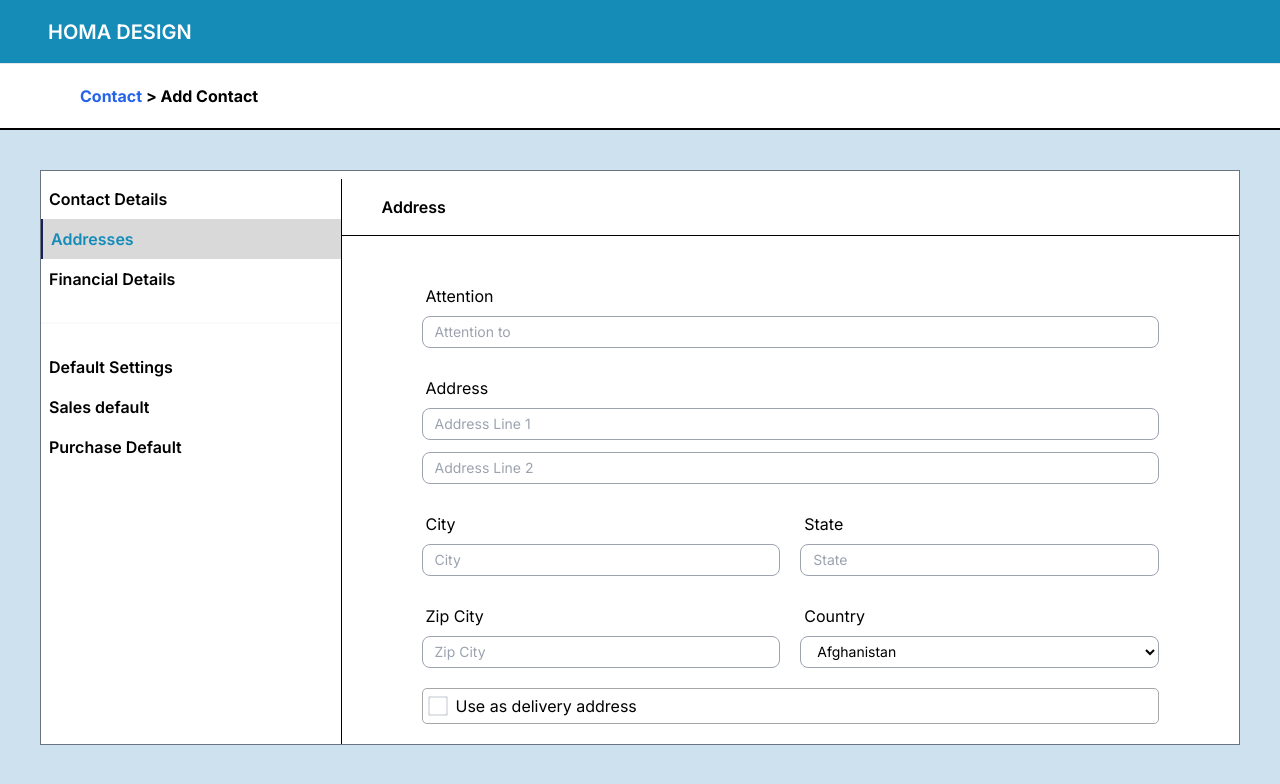
Repository: khairul35/homa-FE
Page: /contact
An editor plug-in stored every save of this project. The page is shown before and after the next save, followed by the edit.
The browser window is 1280 px wide. The pictures show the whole page.
The project was rebuilt for these pictures with package versions that can differ from the ones it lists, and the page was loaded fresh each time. The framework's server and built-in components were replaced by stand-ins that run in the browser. Also part of the build but not shown: next.config.js, app/components/layout/header/BusinessMenu.tsx, app/components/layout/header/CompanyMenu.tsx, app/contact/index.component.tsx, app/contact/form/contact-details/index.module.css, app/contact/form/contact-details/index.component.tsx, app/contact/form/contact-details/index.tsx.

Above is the page before, as saved 2024-01-07 21:29:23.

### app/layout.tsx
import type { Metadata } from 'next'
import { Inter } from 'next/font/google'
import Header from './components/layout/Header';
import './globals.css'

const inter = Inter({ subsets: ['latin'] })

export const metadata: Metadata = {
  title: 'MyAccount2U',
  description: 'Accounting System',
}

export default function RootLayout({
  children,
}: {
  children: React.ReactNode
}) {
  return (
    <html lang="en">
      <body className={inter.className}>
        <div className='flex flex-col h-screen'>
          <Header />
          {children}
        </div>
      </body>
    </html>
  )
}

### app/contact/page.tsx
'use client';
import { useState } from 'react';
import { ComponentProps, Contact } from './index.props';
import Component from './index.component';
import ContactForm from './form';
import { FormProps } from './form/index.props';

const emptySelectedContact: Contact = {
    id: null,
    name: '',
    accountNumber: '',
    youOwe: null,
    theyOwe: null,
    status: 'Active',
    type: 'Customers',
    website: null,
    registrationNumber: null,
    notes: null,
    isBillingSameAsDelivery: false,
    organizationId: null,
    contactPhoneNumber: [
        {
            countryCode: '+60',
            number: '',
        },
    ],
    contactPrimaryPerson: [
        {
            firstName: '',
            lastName: '',
            email: '',
        },
    ],
};

const Contact = () => {
    const [currentTab, setCurrentTab] = useState('all');
    const [show, setShow] = useState<'list'|'form'>('form');
    const [selectedContact, setSelectedContact] = useState<Partial<Contact>>(emptySelectedContact)
    const selectedStyle = {
        backgroundColor: '#ECECEC',
        borderBottom: '3px solid #158BB8',
    };

    const onClickAddContact = () => {
        setSelectedContact(emptySelectedContact)
        setShow('form');
    };

    // Function to handle changes in contact name or account number
    const handleContactChange = (e: React.ChangeEvent<HTMLInputElement>) => {
        const { name, value } = e.target;
        setSelectedContact({
            ...selectedContact,
            [name]: value,
        });
    };

    // Function to handle changes in primary person's details
    const handlePrimaryPersonChange = (index: number, field: string, value: string) => {
        const updatedPrimaryPersons = [...(selectedContact?.contactPrimaryPerson || [])];
        updatedPrimaryPersons[index] = {
            ...updatedPrimaryPersons[index],
            [field]: value,
        };
        setSelectedContact({
            ...selectedContact,
            contactPrimaryPerson: updatedPrimaryPersons,
        });
    };

    // Function to handle changes in phone number details
    const handlePhoneNumberChange = (index: number, field: string, value: string) => {
        const updatedPhoneNumbers = [...(selectedContact?.contactPhoneNumber || [])];
        updatedPhoneNumbers[index] = {
            ...updatedPhoneNumbers[index],
            [field]: value,
        };
        setSelectedContact({
            ...selectedContact,
            contactPhoneNumber: updatedPhoneNumbers,
        });
    };

    const onSaveDetail = () => {
        console.log(selectedContact);
    };

    const onCancel = () => {
        setShow('list');
    };

    const componentProps: ComponentProps = {
        currentTab,
        selectedStyle,
        setCurrentTab,
        onClickAddContact
    };

    const contactFormProps: FormProps = {
        selectedContact,
        setSelectedContact,
        setShow,
        handleContactChange,
        handlePrimaryPersonChange,
        handlePhoneNumberChange,
        onSaveDetail,
        onCancel,
    };

    if (show == 'list') {
        return (<Component {...componentProps} />);
    }
    if (show == 'form') {
        return (<ContactForm {...contactFormProps} />);
    }
    return(<></>);
};

export default Contact;

### app/contact/form/index.tsx
'use client';

import { useState } from "react";
import Component from "./index.component";
import { ComponentProps, FormProps } from "./index.props";

const ContactForm = (props: FormProps) => {
    const {
        selectedContact,
        setShow,
        setSelectedContact,
        handleContactChange,
        handlePrimaryPersonChange,
        handlePhoneNumberChange,
        onSaveDetail,
        onCancel,
    } = props;

    const [menu, setMenu] = useState<string>('address');

    const onBack = () => {
        setShow('list');
    };

    const addAnotherPerson = () => {
        const arr = selectedContact?.contactPrimaryPerson || [];
        arr.push({
            firstName: '',
            lastName: '',
            email: '',
        });
        const updatedDetail = {
            ...selectedContact,
            ...arr
        };
        setSelectedContact(updatedDetail);
    };

    const addPhoneNumber = () => {
        const arr = selectedContact?.contactPhoneNumber || [];
        arr.push({
            countryCode: '+60',
            number: '',
        });
        const updatedDetail = {
            ...selectedContact,
            ...arr
        };
        setSelectedContact(updatedDetail);
    };
    const componentProps: ComponentProps = {
        menu,
        selectedContact,
        addAnotherPerson,
        addPhoneNumber,
        setMenu,
        onBack,
        handleContactChange,
        handlePrimaryPersonChange,
        handlePhoneNumberChange,
        onSaveDetail,
        onCancel,
    };

    return (<Component {...componentProps} />)
};

export default ContactForm;

### api/organization/index.ts
import repository from "../repository";
import { CreateOrganizationProps, UpdateOrganizationProps } from "./props";

const resource = '/api/organization';

const api = {
    findMyOrganization() {
        return repository.get(`${resource}/me`);
    },
    findMyOrganizations() {
        return repository.get(`${resource}/me/all`);
    },
    createOrganization(body: CreateOrganizationProps) {
        return repository.post(`${resource}`, body);
    },
    updateOrganization(body: UpdateOrganizationProps) {
        return repository.put(`${resource}`, body);
    },
    updateCurrentOrganization(organizationId: number) {
        return repository.put(`${resource}/current-organization/${organizationId}`);
    },
};

export default api;

### app/contact/form/index.component.tsx
import { ComponentProps } from "./index.props"
import styles from './index.module.css';
import ContactDetails from "./contact-details";
import { ContactDetailProps } from "./contact-details/index.props";
import { ContactAddressProps } from "./address/index.props";
import ContactAddress from "./address";

const Component = (props: ComponentProps) => {
    const {
        menu,
        selectedContact,
        addAnotherPerson,
        addPhoneNumber,
        setMenu,
        onBack,
        handleContactChange,
        handlePrimaryPersonChange,
        handlePhoneNumberChange,
        onSaveDetail,
        onCancel,
    } = props;

    const contactDetailProps: ContactDetailProps = {
        contact: selectedContact,
        addAnotherPerson,
        addPhoneNumber,
        handleContactChange,
        handlePrimaryPersonChange,
        handlePhoneNumberChange,
        onSaveDetail,
        onCancel,
    };

    const contactAddressProps: ContactAddressProps = {
        contact: selectedContact,
        onCancel,
    };

    const DetailComponent = () => {
        if (menu == 'details') {
            return (
                <>
                    <ContactDetails { ...contactDetailProps } />
                </>
            );
        }
        if (menu == 'address') {
            return (
                <>
                    <ContactAddress { ...contactAddressProps } />
                </>
            );
        }
        return (<></>)
    }

    return (
        <div className="bg-bg-color min-h-screen overflow-auto pb-5">
            <div className="bg-white border-b-2 border-black">
                <h1 className="pl-20 pt-5 pb-5 text-l font-bold">
                    <a
                        className="text-blue-600 cursor-pointer"
                        onClick={() => onBack()}
                    >
                        Contact
                    </a>
                    &nbsp;&gt; {selectedContact?.id ? selectedContact.name : 'Add Contact'}
                </h1>
            </div>
            <div
                className="flex
                    flex-col
                    md:flex-row
                    bg-white
                    m-10
                    pt-2
                    border-gray-500
                    border-solid
                    border"
                >
                <div className="md:w-1/4 md:order-1">
                    <div
                        className={`p-2 font-semibold cursor-pointer
                            ${styles.menu}
                            ${menu == 'details' ? styles.selectedMenu : ''}`
                        }
                        onClick={() => setMenu('details')}
                    >
                        Contact Details
                    </div>
                    <div
                        className={`p-2 font-semibold cursor-pointer
                            ${styles.menu}
                            ${menu == 'address' ? styles.selectedMenu : ''}`
                        }
                        onClick={() => setMenu('address')}
                    >
                        Addresses
                    </div>
                    <div
                        className={`p-2 font-semibold cursor-pointer
                            ${styles.menu}
                            ${menu == 'financial' ? styles.selectedMenu : ''}`
                        }
                        onClick={() => setMenu('financial')}
                    >
                        Financial Details
                    </div>
                    <div className="divider before:bg--gray-500 after:bg--gray-500"></div>
                    <div
                        className={`p-2 font-semibold cursor-pointer
                            ${styles.menu}
                            ${menu == 'setting' ? styles.selectedMenu : ''}`
                        }
                        onClick={() => setMenu('setting')}
                    >
                        Default Settings
                    </div>
                    <div
                        className={`p-2 font-semibold cursor-pointer
                            ${styles.menu}
                            ${menu == 'sales' ? styles.selectedMenu : ''}`
                        }
                        onClick={() => setMenu('sales')}
                    >
                        Sales default
                    </div>
                    <div
                        className={`p-2 font-semibold cursor-pointer
                            ${styles.menu}
                            ${menu == 'purchase' ? styles.selectedMenu : ''}`
                        }
                        onClick={() => setMenu('purchase')}
                    >
                        Purchase Default
                    </div>
                </div>
                <div className={`md:w-3/4 md:order-2 ${styles.leftDivider}`}>
                    <DetailComponent />
                </div>
            </div>
        </div>
    );
};

export default Component;

### api/repository.ts
import axios from 'axios';
import AuthRepository from './auth';

const repository = axios.create({
    baseURL: 'http://localhost:3000',
});

// Request interceptor to add Bearer token to outgoing requests
repository.interceptors.request.use(
    (config) => {
        const accessToken = localStorage.getItem('accessToken');
        if (accessToken) {
            config.headers.Authorization = `Bearer ${accessToken}`;
        }
        return config;
    },
    (error) => {
        return Promise.reject(error);
    }
);

let isRefreshing = false;
let failedQueue: any = [];

// Function to refresh the session and retry failed requests
async function retryFailedRequests(error: any) {
    if (isRefreshing) {
        try {
            const { data } = await AuthRepository.refreshToken();
            localStorage.setItem('accessToken', data.accessToken);
            localStorage.setItem('refreshToken', data.refreshToken);
            localStorage.setItem('isLogin', 'true');
            failedQueue.forEach((prom: any) => {
                prom.resolve(repository(prom.originalRequest));
            });
            failedQueue = [];
        } catch (error) {
            localStorage.setItem('isLogin', 'false');
            window.location.href = '/login';
            failedQueue.forEach((prom: any) => {
                prom.reject(error);
            });
            failedQueue = [];
        } finally {
            isRefreshing = false;
        }
    }
}

// Response interceptor to handle failed requests due to expired tokens
repository.interceptors.response.use(
    (response) => response,
    async (error) => {
        const {
            config,
            response: { status },
        } = error;

        if (status === 401) {
            const originalRequest = config;
            if (!isRefreshing) {
                isRefreshing = true;
                return new Promise((resolve, reject) => {
                    failedQueue.push({ resolve, reject, originalRequest });
                    retryFailedRequests(error);
                }).then((res) => {
                    return res;
                }).catch((err) => {
                    return Promise.reject(err);
                });
            } else {
                return new Promise((resolve, reject) => {
                    failedQueue.push({ resolve, reject, originalRequest });
                }).then((res) => {
                    return res;
                }).catch((err) => {
                    return Promise.reject(err);
                });
            }
        }
        return Promise.reject(error.response);
    }
);

export default repository;

### app/contact/form/index.module.css
.selectedMenu {
    background: #D9D9D9;
    color: #158BB8;
    border-left: 2px solid #192159 !important;
}

.menu:hover {
    background: #ececec;
    color: #158BB8;
    border-left: 2px solid #192059a1 !important;
}

.leftDivider {
    border-left: 1px solid #000;
}

### app/contact/form/address/index.tsx
'use client';

import Component from "./index.component";
import { ComponentProps, ContactAddressProps } from "./index.props";

const ContactAddress = (props: ContactAddressProps) => {
    const { contact, onCancel } = props;

    const componentProps: ComponentProps = {
        onCancel,
        contact,
    };

    return <Component {...componentProps} />
};

export default ContactAddress;

### api/auth.ts
import repository from "./repository";

const resource = "/api/auth";

const api = {
    login(username: string, password: string) {
        return repository.post(
            `${resource}/login`,
            { username, password },
        );
    },
    refreshToken() {
        return repository.post(
            `${resource}/refreshToken`,
            { refreshToken: localStorage.getItem('refreshToken') },
        );
    },
    logout() {
        return repository.post(`${resource}/logout`);
    },
    logoutAllDevice() {
        return repository.post(`${resource}/logout/all-device`);
    },
};

export default api;

### app/contact/form/address/index.component.tsx
import { ComponentProps } from "./index.props";
import styles from './index.module.css';
import countries from '@/constant/Country.json';

const Component = (props: ComponentProps) => {
    const {contact, onCancel } = props;

    const labelClass = "input-sm input input-bordered  bg-white border-gray-400 w-full"

    const FakeCheckBox = () => {
        if (contact?.isBillingSameAsDelivery) {
            return (
                <svg xmlns="http://www.w3.org/2000/svg" width="20" height="20" viewBox="0 0 30 30" fill="none">
                    <rect width="30" height="30" rx="5" fill="#158BB8"/>
                    <path fill-rule="evenodd" clip-rule="evenodd" d="M21.6894 9C21.3155 9 20.9817 9.14689 20.7413 9.38727L12.3416 17.8003L9.28354 14.7289C9.04316 14.4885 8.70931 14.3416 8.3354 14.3416C7.60093 14.3416 7 14.9425 7 15.677C7 16.0509 7.14689 16.3848 7.38727 16.6251L11.3935 20.6313C11.6338 20.8717 11.9677 21.0186 12.3416 21.0186C12.7155 21.0186 13.0494 20.8717 13.2897 20.6313L22.6376 11.2835C22.8779 11.0432 23.0248 10.7093 23.0248 10.3354C23.0248 9.60093 22.4239 9 21.6894 9Z" fill="white"/>
                </svg>
            );
            }
            return (<FakeEmptyCheckBox />);
    };

    const FakeEmptyCheckBox = () => {
        return (
            <svg xmlns="http://www.w3.org/2000/svg" width="20" height="20" viewBox="0 0 30 30" fill="none">
                <rect width="30" height="30" rx="5" fill="white" stroke="#D1D5DB" strokeWidth="1.5" />
                <rect x="1.75" y="1.75" width="26.5" height="26.5" rx="3.25" stroke="#D1D5DB" strokeWidth="1.5" />
            </svg>
        );
    };

    return (
        <div>
            <h2 className="p-4 pl-10 font-semibold">Address</h2>
            <div className={styles.divider}></div>
            <div className="p-5 lg:pl-20 lg:pr-20">
                <form method="dialog">
                    <label className="label mt-5">Attention</label>
                    <input
                        placeholder="Attention to"
                        className={labelClass}
                    />

                    <label className="label mt-5">Address</label>
                    <input
                        placeholder="Address Line 1"
                        className={labelClass}
                    />
                    <input
                        placeholder="Address Line 2"
                        className={`mt-3 ${labelClass}`}
                    />
                    <div className="flex flex-wrap justify-center md:justify-start gap-5">
                        <div className="w-full md:w-[calc(50%-10px)]">
                            <label className="label mt-5">City</label>
                            <input
                                placeholder="City"
                                className={labelClass}
                            />
                        </div>
                        <div className="w-full md:w-[calc(50%-10px)]">
                            <label className="label mt-5">State</label>
                            <input
                                placeholder="State"
                                className={labelClass}
                            />
                        </div>
                    </div>
                    <div className="flex flex-wrap justify-center md:justify-start gap-5">
                        <div className="w-full md:w-[calc(50%-10px)]">
                            <label className="label mt-5">Zip City</label>
                            <input
                                placeholder="Zip City"
                                className={labelClass}
                            />
                        </div>
                        <div className="w-full md:w-[calc(50%-10px)]">
                            <label className="label mt-5">Country</label>
                                <select
                                    placeholder="Country"
                                    className={labelClass}
                                >
                                    {
                                        countries.map((e) => (
                                            <option key={e.isoCode} value={e.name}>
                                                { e.name }
                                            </option>
                                        ))
                                    }
                                </select>
                        </div>
                    </div>
                    <div className={styles.billingIsDeliveryCheckBox}>
                        <label className="flex items-center cursor-pointer">
                            <FakeCheckBox />
                            <span className="ml-2">Use as delivery address</span>
                        </label>
                    </div>
                </form>
            </div>
        </div>
    )
};

export default Component;

### app/contact/form/address/index.module.css
.divider {
    border-bottom: 1px solid #000;
}

.addAnotherPersonAnchor {
    color: #158BB8;
    padding: 5px;
    margin-top: 20px;
    cursor: pointer;
    font-weight: bold;
}

.billingIsDeliveryCheckBox {
    border-radius: 5px;
    border: 1px solid #a9a6a6;
    background: #FFF;
    margin-top: 20px;
    padding: 5px;
}

.billingIsDeliveryCheckBox:hover {
    background: #f4f4f4;
}

### tailwind.config.ts
import type { Config } from 'tailwindcss'

const config: Config = {
  content: [
    './pages/**/*.{js,ts,jsx,tsx,mdx}',
    './components/**/*.{js,ts,jsx,tsx,mdx}',
    './app/**/*.{js,ts,jsx,tsx,mdx}',
  ],
  theme: {
    extend: {
      backgroundImage: {
        'gradient-radial': 'radial-gradient(var(--tw-gradient-stops))',
        'gradient-conic':
          'conic-gradient(from 180deg at 50% 50%, var(--tw-gradient-stops))',
      },
      backgroundColor: {
        'bg-color': '#CEE1EE', // Define a custom background color class
      },
      button: {
        'primary': '#158BB8',
      },
      fontWeight: {
        'label': '600',
      },
    },
  },
  plugins: [require("daisyui")],
  daisyui: {
    themes: [
      {
        mytheme: {
          "primary": "#158BB8",
          "secondary": "#d926a9",
          "accent": "#1fb2a6",
          "neutral": "#2a323c",
          "base-100": "#1d232a",
          "info": "#3abff8",
          "success": "#36d399",
          "warning": "#fbbd23",
          "error": "#f87272",
        },
      },
    ],
  },
}
export default config

Loaded but not shown: app/globals.css (common file); constant/Country.json (4142 lines, source omitted); app/components/layout/Header.tsx (150 lines, source omitted)

After the next save:
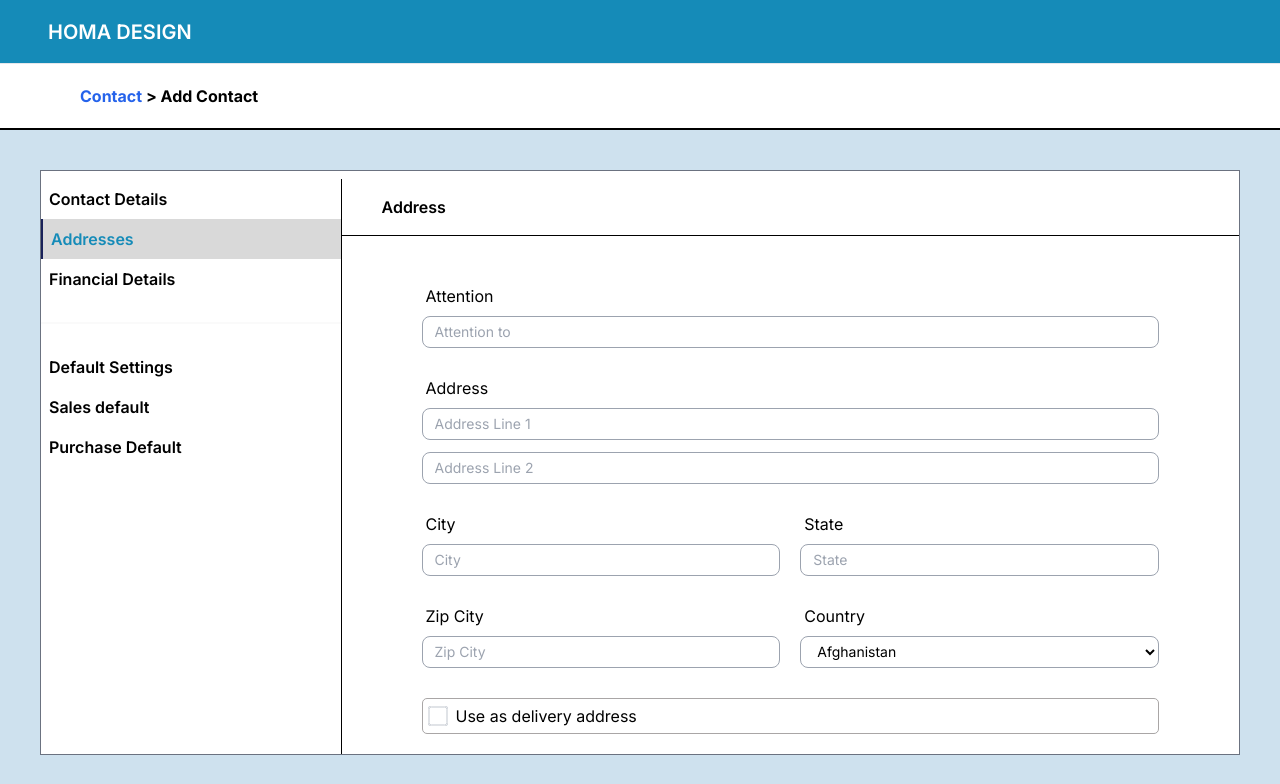
Saved 16 s later.
--- a/app/contact/form/address/index.module.css
+++ b/app/contact/form/address/index.module.css
@@ -14,7 +14,7 @@
     border-radius: 5px;
     border: 1px solid #a9a6a6;
     background: #FFF;
-    margin-top: 20px;
+    margin-top: 30px;
     padding: 5px;
 }
 
